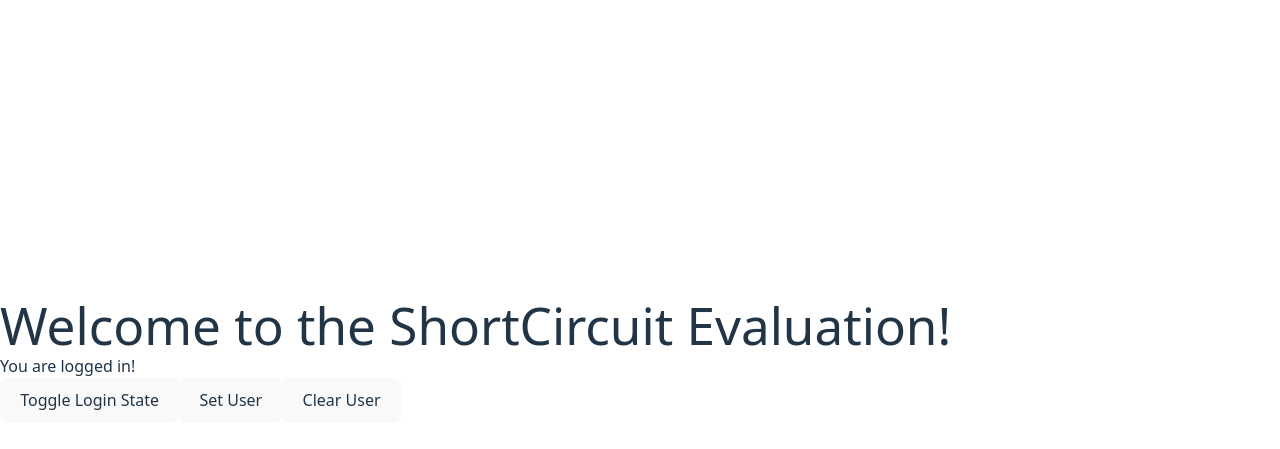
Repository: rushikesh-kolpe21/React_lectures
Page: / (app in React_bun/)
These files come from the project's save history. The page is drawn as it stood at one moment and after the next save; the edit follows.
The browser window is 1280 px wide. The pictures show the whole page.
The project was rebuilt for these pictures with package versions that can differ from the ones it lists, and the page was loaded fresh each time. Also part of the build but not shown: React_bun/vite.config.js, React_bun/src/components/DericedState.jsx, React_bun/src/components/EventProps.jsx, React_bun/src/components/SeriesCards.jsx, React_bun/src/components/Netflix.jsx, React_bun/src/components/Profile.jsx, React_bun/src/components/ToogleSwitch.jsx, React_bun/src/projects/Todo/TodoForm.jsx and 3 more.

Above is the page before, as saved 2025-12-07 08:03:32.

### React_bun/src/main.jsx
import { StrictMode } from 'react'
import { createRoot } from 'react-dom/client'
import './index.css'
import {App} from './App.jsx'

createRoot(document.getElementById('root')).render(
  <StrictMode>
    <App />
  </StrictMode>,
)

### React_bun/src/App.jsx
import { DericedState } from "./components/DericedState";
import { EventProps } from "./components/EventProps";
import { Netflix } from "./components/Netflix";
import { Profile } from "./components/Profile";
import { ToogleSwitch } from "./components/ToogleSwitch";
import { ShortCircuitExample } from "./components/ShortCircuit";
import { Todo } from "./projects/Todo/Todo";

 export const App =()=> {

  const age = 17;

  return(
    <>
    {/* <Netflix/> */}
    {/* <Profile/> */}
    {/* <EventProps/> */}
    {/* <DericedState/> */}
    {/* <ToogleSwitch/> */}
    {/* <section>{<Todo />}</section> */}
    <ShortCircuitExample />
    </>
  )
}

### React_bun/src/components/ShortCircuit.jsx
import { use, useState } from "react";


export const ShortCircuitExample = () => {

    const [isLoggedIn, setLoggedIn] = useState(false);

  return (
    <section className="container short-container">
      <h1>Welcome to the ShortCircuit Evaluation!</h1>

      {/* Conditional rendering using short circuit evaluation */}
      <p>You are logged in!</p>

      {/* Another example of short circuit evaluation */}

      <div className="grid-three-cols">
        <button>Toggle Login State</button>
        <button>Set User</button>
        <button>Clear User</button>
      </div>
    </section>
  );
};

Loaded but not shown: React_bun/index.html (common file); React_bun/src/index.css (common file)

After the next save:
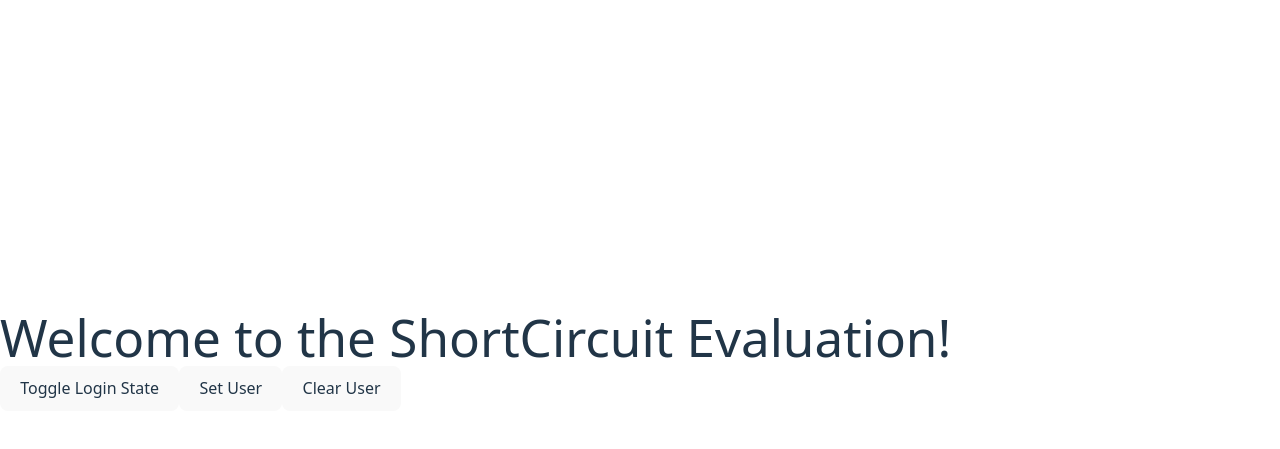
Saved 112 s later.
--- a/React_bun/src/components/ShortCircuit.jsx
+++ b/React_bun/src/components/ShortCircuit.jsx
@@ -1,4 +1,4 @@
-import { use, useState } from "react";
+import { useState } from "react";
 
 
 export const ShortCircuitExample = () => {
@@ -10,12 +10,12 @@
       <h1>Welcome to the ShortCircuit Evaluation!</h1>
 
       {/* Conditional rendering using short circuit evaluation */}
-      <p>You are logged in!</p>
+    { isLoggedIn && <p>You are logged in!</p>}
 
       {/* Another example of short circuit evaluation */}
 
       <div className="grid-three-cols">
-        <button>Toggle Login State</button>
+        <button onClick={()=>setLoggedIn(isLoggedIn)}>Toggle Login State</button>
         <button>Set User</button>
         <button>Clear User</button>
       </div>
